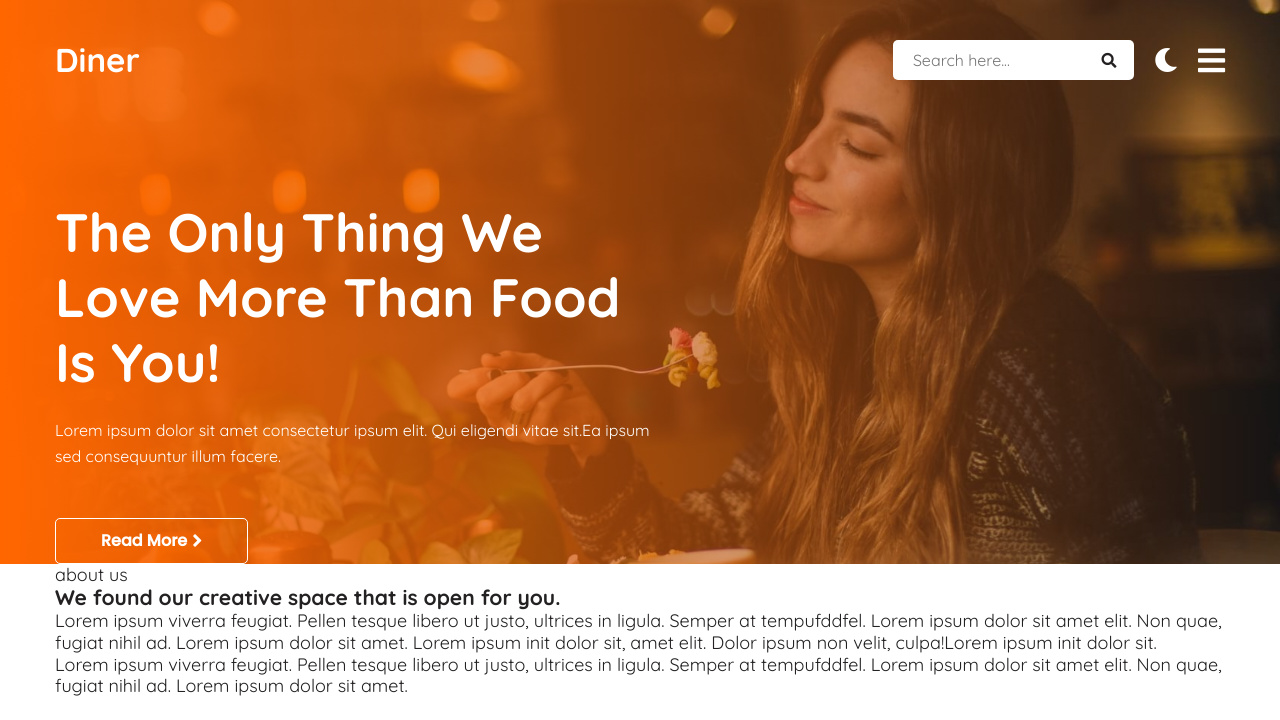
Repository: baobaodeveloper/bootscap21_project_AnhBao_VietToan_VietDuc
Page: index.html
An editor plug-in stored every save of this project. The page is shown before and after the next save, followed by the edit.
The browser window is 1280 px wide. The pictures show the whole page.
Backgrounds fixed to the window are drawn as part of the page.

Above is the page before, as saved 2022-03-03 09:11:35.

After the next save:
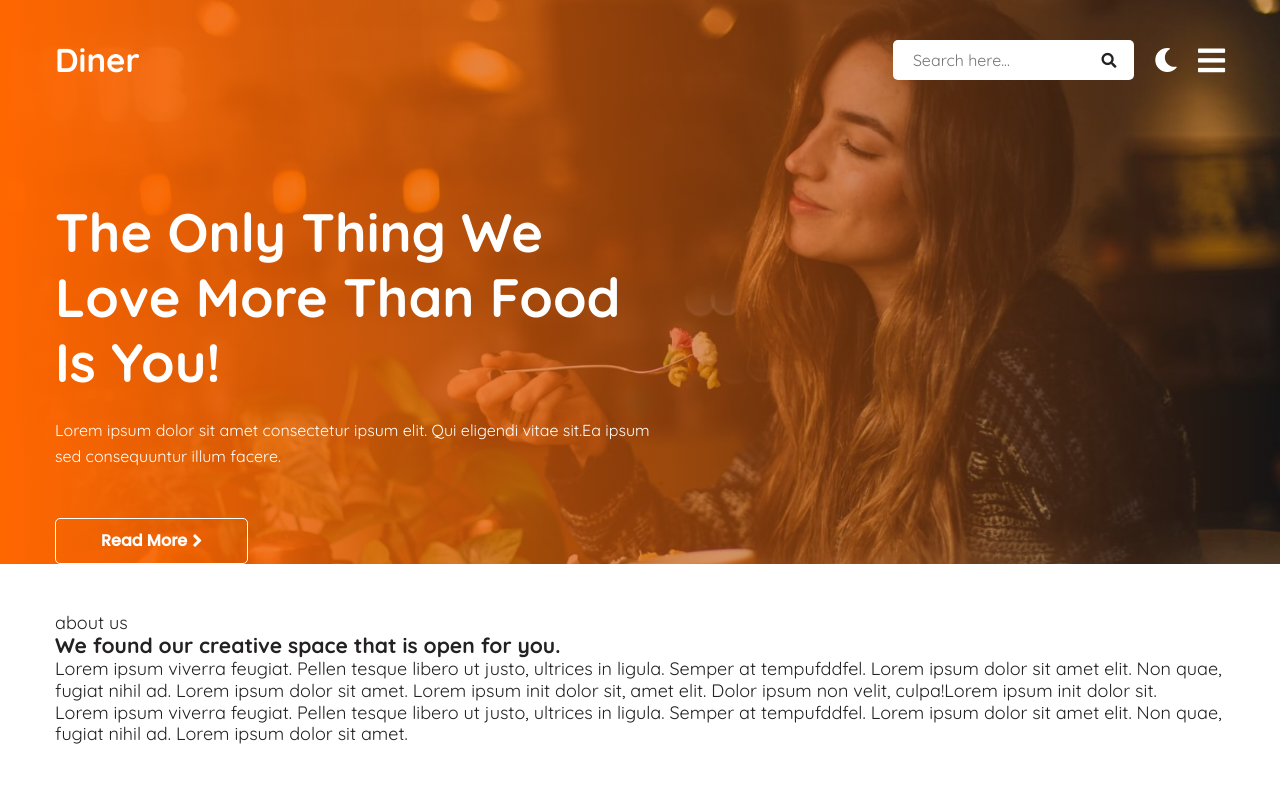
Saved 14 s later.
--- a/index.html
+++ b/index.html
@@ -72,7 +72,7 @@
       </div>
     </header>
 
-    <section class="about container">
+    <section class="about container pad-med">
       <div class="heading">
         <span>about us</span>
         <h3>We found our creative space that is open for you.</h3>
